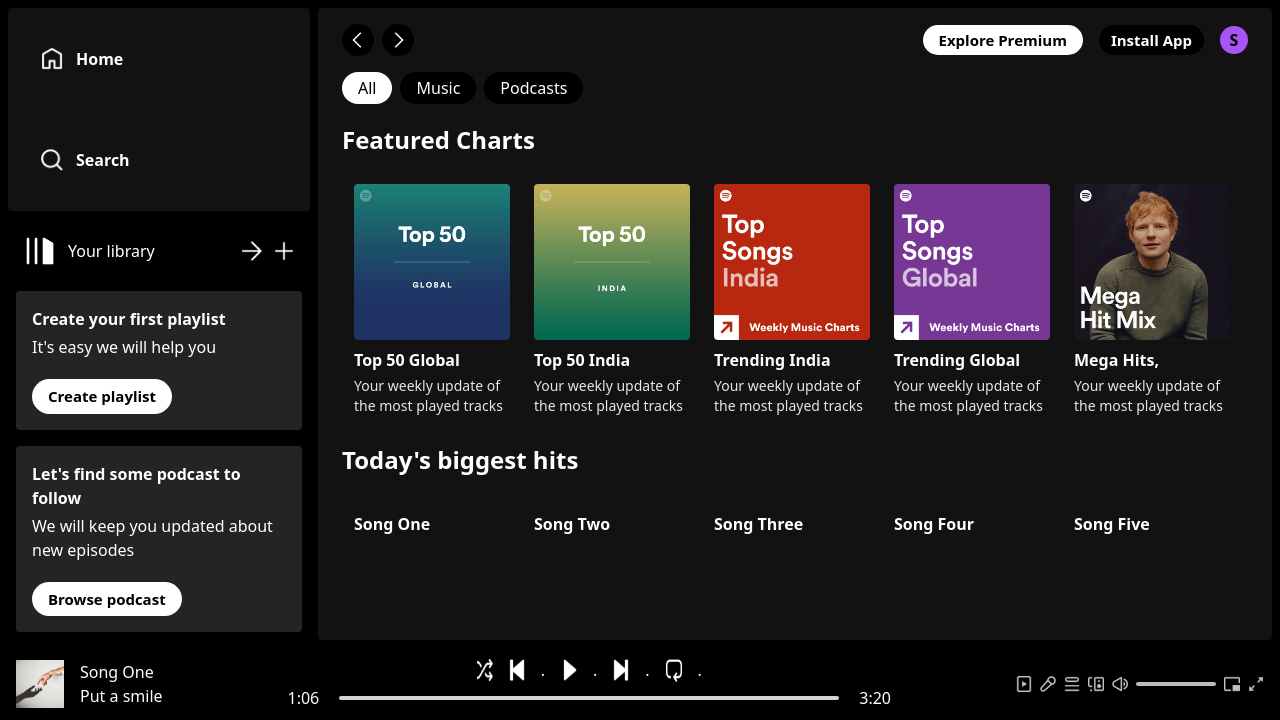
Repository: duttasayan835/Spotify_clone
Page: /
These files come from the project's save history. The page is drawn as it stood at one moment and after the next save; the edit follows.
The browser window is 1280 px wide. The pictures show the whole page.
The project was rebuilt for these pictures with package versions that can differ from the ones it lists, and the page was loaded fresh each time. Also part of the build but not shown: vite.config.js. Imported but missing from the stored project, and not drawn on this page: src/assets/song1.mp3, src/assets/song2.mp3, src/assets/song3.mp3.

Above is the page before, as saved 2024-08-11 15:55:32.

### src/main.jsx
import { StrictMode } from "react";
import { createRoot } from "react-dom/client";
import App from "./App.jsx";
import "./index.css";
// eslint-disable-next-line no-unused-vars
import { BrowserRouter } from "react-router-dom";

createRoot(document.getElementById("root")).render(
  <StrictMode>
    <BrowserRouter>
      <App />
    </BrowserRouter>
  </StrictMode>
);

### src/App.jsx
//<<<<<<< ⌬ Tabnine Instruct <<<<<<<
// eslint-disable-next-line no-unused-vars
import React from "react";
//>>>>>>> ⌬ Tabnine Instruct >>>>>>>
import Sidebar from "./Components/Sidebar";
import Player from "./Components/Player";
import Display from "./Components/Display";
const App = () => {
  return (
    <div className="h-screen bg-black">
      <div className="h-[90%] flex">
        <Sidebar />
        <Display />
      </div>
      <Player />
    </div>
  );
};

export default App;

### src/Components/Sidebar.jsx
// eslint-disable-next-line no-unused-vars
import React from "react";
import { assets } from "../assets/assets";
import { useNavigate } from "react-router-dom";
const sidebar = () => {
  const navigate = useNavigate();
  return (
    <div className="w-[25%] h-full p-2 flex-col gap-2 text-white hidden lg:flex ">
      <div className="bg-[#121212] h-[50%] rounded flex flex-col justify-around">
        <div
          onClick={() => navigate("/")}
          className="flex items-center gap-3 pl-8 cursor-pointer"
        >
          <img className="w-6" src={assets.home_icon} alt="" />
          <p className="font-bold ">Home</p>
        </div>
        <div className="flex items-center gap-3 pl-8 cursor-pointer">
          <img className="w-6" src={assets.search_icon} alt="" />
          <p className="font-bold ">Search</p>
        </div>
      </div>
      <div className="bg-[#121212 h-[85%] rounded">
        <div className="flex items-center justify-between p-4">
          <div className="flex items-center gap-3">
            <img className="w-8 " src={assets.stack_icon} alt="" />
            <p className="font">Your library</p>
          </div>
          <div className="flex items-center gap-3">
            <img className="w-5" src={assets.arrow_icon} alt="" />
            <img className="w-5" src={assets.plus_icon} alt="" />
          </div>
        </div>
        <div className="p-4 bg-[#242424] m-2 rounded font-semibold flex flex-col items-start justify-start gap-1 pl-4 ">
          <h1>Create your first playlist</h1>
          <p className="font-light">It's easy we will help you</p>
          <button className="px-4 py-1.5 bg-white text-[15px] text-black rounded-full mt-4">
            Create playlist
          </button>
        </div>
        <div className="p-4 bg-[#242424] m-2 rounded font-semibold flex flex-col items-start justify-start gap-1 pl-4 mt-4">
          <h1>Let's find some podcast to follow</h1>
          <p className="font-light">
            We will keep you updated about new episodes
          </p>
          <button className="px-4 py-1.5 bg-white text-[15px] text-black rounded-full mt-4">
            Browse podcast
          </button>
        </div>
      </div>
    </div>
  );
};

export default sidebar;

### src/Components/Player.jsx
// eslint-disable-next-line no-unused-vars
import React from "react";
import { assets, songsData } from "../assets/assets";

const Player = () => {
  return (
    <div className="h-[10%] bg-black flex justify-between items-center text-white px-4 ">
      <div className="hidden gap-4 lg:flex item-center ">
        <img className="w-12" src={songsData[0].image} alt="" />
        <div>
          <p>{songsData[0].name}</p>
          <p>{songsData[0].desc.slice(0, 12)}</p>
        </div>
      </div>
      <div className="flex flex-col items-center gap-1 m-auto">
        <div className="flex gap-4">
          <img
            className="w-4 cursor-pointer"
            src={assets.shuffle_icon}
            alt=""
          />
          <img className="w-4 cursor-pointer" src={assets.prev_icon} alt="" />.
          <img className="w-4 cursor-pointer" src={assets.play_icon} alt="" />.
          <img className="w-4 cursor-pointer" src={assets.next_icon} alt="" />.
          <img className="w-4 cursor-pointer" src={assets.loop_icon} alt="" />.
        </div>
        <div className="flex items-center gap-5">
          <p>1:06</p>
          <div className="w-[60vw] max-w-[500px] bg-gray-300 rounded-full cursor-pointer">
            <hr className="w-0 h-1 bg-green-800 border-none rounded-full " />
          </div>
          <p>3:20</p>
        </div>
      </div>
      <div className="items-center hidden gap-2 opacity-75 lg:flex">
        <img className="w-4" src={assets.plays_icon} alt="" />
        <img className="w-4" src={assets.mic_icon} alt="" />
        <img className="w-4" src={assets.queue_icon} alt="" />
        <img className="w-4" src={assets.speaker_icon} alt="" />
        <img className="w-4" src={assets.volume_icon} alt="" />
        <div className="w-20 h-1 rounded bg-slate-50"></div>
        <img className="w-4" src={assets.mini_player_icon} alt="" />
        <img className="w-4" src={assets.zoom_icon} alt="" />
      </div>
    </div>
  );
};

export default Player;

### src/Components/Display.jsx
// eslint-disable-next-line no-unused-vars
import React from "react";
import { Route, Routes } from "react-router-dom";
import DisplayHome from "./DisplayHome";

const Display = () => {
  return (
    <div className="w-[100%] m-2 px-6 pt-4 rounded bg-[#121212] text-white overflow-auto lg:w-[75%] lg:ml-0">
      <Routes>
        <Route path="/" element={<DisplayHome />} />
      </Routes>
    </div>
  );
};

export default Display;

### src/assets/assets.js
import bell_icon from "./bell.png";
import home_icon from "./home.png";
import like_icon from "./like.png";
import loop_icon from "./loop.png";
import mic_icon from "./mic.png";
import next_icon from "./next.png";
import play_icon from "./play.png";
import pause_icon from "./pause.png";
import plays_icon from "./plays.png";
import prev_icon from "./prev.png";
import search_icon from "./search.png";
import shuffle_icon from "./shuffle.png";
import speaker_icon from "./speaker.png";
import stack_icon from "./stack.png";
import zoom_icon from "./zoom.png";
import plus_icon from "./plus.png";
import arrow_icon from "./arrow.png";
import mini_player_icon from "./mini-player.png";
import queue_icon from "./queue.png";
import volume_icon from "./volume.png";
import arrow_right from "./right_arrow.png";
import arrow_left from "./left_arrow.png";
import spotify_logo from "./spotify_logo.png";
import clock_icon from "./clock_icon.png";
import img1 from "./img1.jpg";
import img2 from "./img2.jpg";
import img3 from "./img3.jpg";
import img4 from "./img4.jpg";
import img5 from "./img5.jpg";
// eslint-disable-next-line no-unused-vars
import img6 from "./img6.jpg";
import img7 from "./img7.jpg";
import img8 from "./img8.jpg";
import img9 from "./img9.jpg";
import img10 from "./img10.jpg";
import img11 from "./img11.jpg";
import img12 from "./img12.jpg";
// eslint-disable-next-line no-unused-vars
import img13 from "./img13.jpg";
import img14 from "./img14.jpg";
import img15 from "./img15.jpg";
import img16 from "./img16.jpg";
import song1 from "./song1.mp3";
import song2 from "./song2.mp3";
import song3 from "./song3.mp3";

export const assets = {
  bell_icon,
  home_icon,
  like_icon,
  loop_icon,
  mic_icon,
  next_icon,
  play_icon,
  plays_icon,
  prev_icon,
  search_icon,
  shuffle_icon,
  speaker_icon,
  stack_icon,
  zoom_icon,
  plus_icon,
  arrow_icon,
  mini_player_icon,
  volume_icon,
  queue_icon,
  pause_icon,
  arrow_left,
  arrow_right,
  spotify_logo,
  clock_icon,
};

export const albumsData = [
  {
    id: 0,
    name: "Top 50 Global",
    image: img8,
    desc: "Your weekly update of the most played tracks",
    bgColor: "#2a4365",
  },
  {
    id: 1,
    name: "Top 50 India",
    image: img9,
    desc: "Your weekly update of the most played tracks",
    bgColor: "#22543d",
  },
  {
    id: 2,
    name: "Trending India",
    image: img10,
    desc: "Your weekly update of the most played tracks",
    bgColor: "#742a2a",
  },
  {
    id: 3,
    name: "Trending Global",
    image: img16,
    desc: "Your weekly update of the most played tracks",
    bgColor: "#44337a",
  },
  {
    id: 4,
    name: "Mega Hits,",
    image: img11,
    desc: "Your weekly update of the most played tracks",
    bgColor: "#234e52",
  },
  {
    id: 5,
    name: "Happy Favorites",
    image: img15,
    desc: "Your weekly update of the most played tracks",
    bgColor: "#744210",
  },
];

export const songsData = [
  {
    id: 0,
    name: "Song One",
    image: img1,
    file: song1,
    desc: "Put a smile on your face with these happy tunes",
    duration: "3:00",
  },
  {
    id: 1,
    name: "Song Two",
    image: img2,
    file: song2,
    desc: "Put a smile on your face with these happy tunes",
    duration: "2:20",
  },
  {
    id: 2,
    name: "Song Three",
    image: img3,
    file: song3,
    desc: "Put a smile on your face with these happy tunes",
    duration: "2:32",
  },
  {
    id: 3,
    name: "Song Four",
    image: img4,
    file: song1,
    desc: "Put a smile on your face with these happy tunes",
    duration: "2:50",
  },
  {
    id: 4,
    name: "Song Five",
    image: img5,
    file: song2,
    desc: "Put a smile on your face with these happy tunes",
    duration: "3:10",
  },
  {
    id: 5,
    name: "Song Six",
    image: img14,
    file: song3,
    desc: "Put a smile on your face with these happy tunes",
    duration: "2:45",
  },
  {
    id: 6,
    name: "Song Seven",
    image: img7,
    file: song1,
    desc: "Put a smile on your face with these happy tunes",
    duration: "2:18",
  },
  {
    id: 7,
    name: "Song Eight",
    image: img12,
    file: song2,
    desc: "Put a smile on your face with these happy tunes",
    duration: "2:35",
  },
];

### src/Components/DisplayHome.jsx
// eslint-disable-next-line no-unused-vars
import React from "react";
import Navbar from "./Navbar";
import { albumsData, songsData } from "../assets/assets";
import AlbumItem from "./AlbumItem";
import SongItem from "./SongsItem";
const DisplayHome = () => {
  return (
    <>
      <Navbar />
      <div className="mb-4">
        <h1 className="my-5 text-2xl font-bold ">Featured Charts</h1>
        <div className="flex overflow-auto">
          {albumsData.map((item, index) => (
            <AlbumItem
              key={index}
              name={item.name}
              desc={item.desc}
              id={item.id}
              image={item.image}
            />
          ))}
        </div>
      </div>
      <div className="mb-4">
        <h1 className="my-5 text-2xl font-bold ">Today's biggest hits</h1>
        <div className="flex overflow-auto">
          {songsData.map((item, index) => (
            <SongItem key={index} name={item.name} />
          ))}
        </div>
      </div>
    </>
  );
};

export default DisplayHome;

### src/Components/Navbar.jsx
// eslint-disable-next-line no-unused-vars
import React from "react";
import { assets } from "../assets/assets";
const Navbar = () => {
  return (
    <>
      <div className="flex items-center justify-between w-full font-semibold">
        <div className="flex items-center gap-2">
          <img
            className="w-8 p-2 bg-black cursor-pointer rounded-2xl"
            src={assets.arrow_left}
            alt=""
          />
          <img
            className="w-8 p-2 bg-black cursor-pointer rounded-2xl"
            src={assets.arrow_right}
            alt=""
          />
        </div>
        <div className="flex items-center gap-4">
          <p className="bg-white text-black text-[15px] px-4 py-1 rounded-2xl hidden md:block cursor-pointer">
            Explore Premium
          </p>
          <p className="bg-black py-1 px-3 rounded-2xl text-[15px] cursor-pointer ">
            Install App
          </p>
          <p className="flex items-center justify-center text-black bg-purple-500 rounded-full w-7 h-7">
            S
          </p>
        </div>
      </div>
      <div className="flex items-center gap-2 mt-4">
        <p className="px-4 py-1 text-black bg-white cursor-pointer rounded-2xl">
          All
        </p>
        <p className="px-4 py-1 bg-black cursor-pointer rounded-2xl">Music</p>
        <p className="px-4 py-1 bg-black cursor-pointer rounded-2xl ">
          Podcasts
        </p>
      </div>
    </>
  );
};

export default Navbar;

### src/Components/AlbumItem.jsx
// eslint-disable-next-line no-unused-vars
import React from "react";

const AlbumItem = ({ image, name, desc, id }) => {
  return (
    <div className="min-w-[180px] p-2 px-3 rounded cursor-pointer hover:bg[#ffffff26">
      <img className="rounded" src={image} alt="" />
      <p className="mt-2 mb-1 font-bold ">{name}</p>
      <p className="text-sm text-slate-200">{desc}</p>
    </div>
  );
};

export default AlbumItem;

### src/Components/SongsItem.jsx
/* eslint-disable no-unused-vars */
import React from "react";

// eslint-disable-next-line react/prop-types
const SongItem = ({ name, image, desc, id }) => {
  return (
    <div className="min-w-[180px] p-2 px-3 rounded cursor-pointer hover:bg-[#ffffff26]">
      <img className="rounded" src={image} alt="" />
      <p className="mt-2 mb-1 font-bold">{name}</p>
      <p className="text-sm text-slate-200">{desc}</p>
    </div>
  );
};

export default SongItem;

Loaded but not shown: src/index.css (common file); tailwind.config.js (common file)

After the next save:
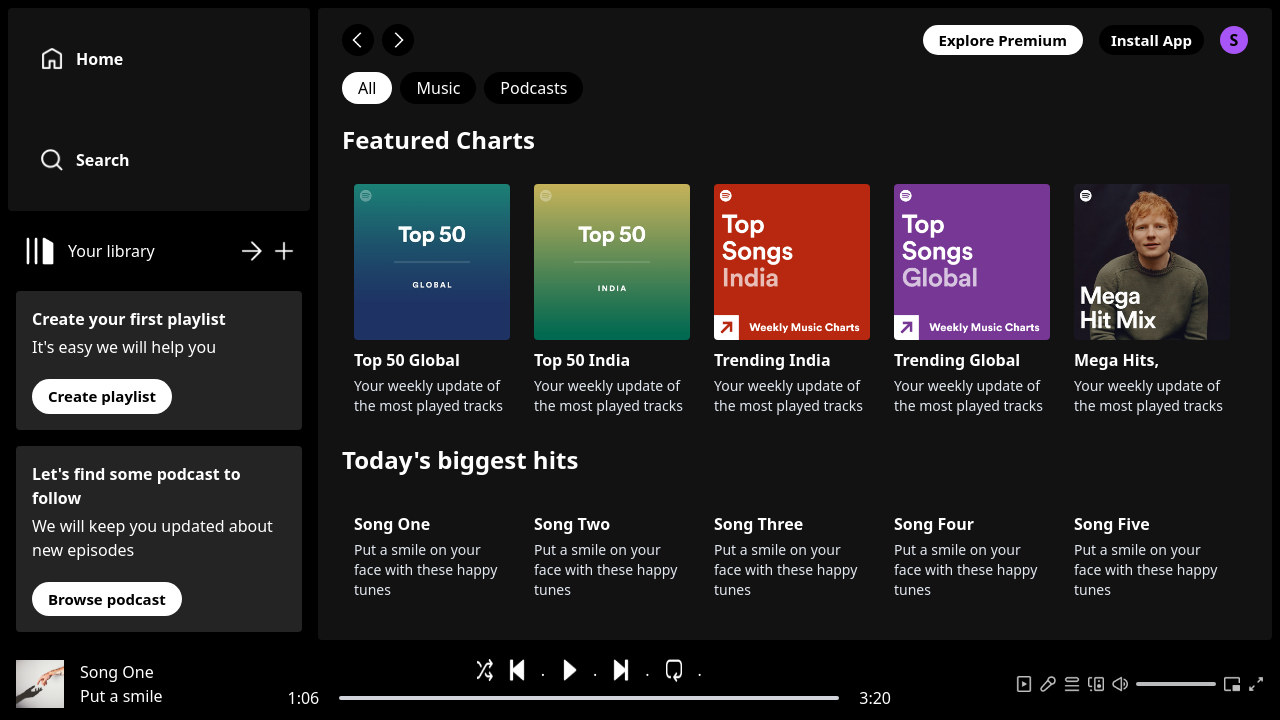
Saved 22 min 28 s later.
--- a/src/Components/DisplayHome.jsx
+++ b/src/Components/DisplayHome.jsx
@@ -26,7 +26,12 @@
         <h1 className="my-5 text-2xl font-bold ">Today's biggest hits</h1>
         <div className="flex overflow-auto">
           {songsData.map((item, index) => (
-            <SongItem key={index} name={item.name} />
+            <SongItem
+              key={index}
+              name={item.name}
+              desc={item.desc}
+              id={item.id}
+            />
           ))}
         </div>
       </div>
